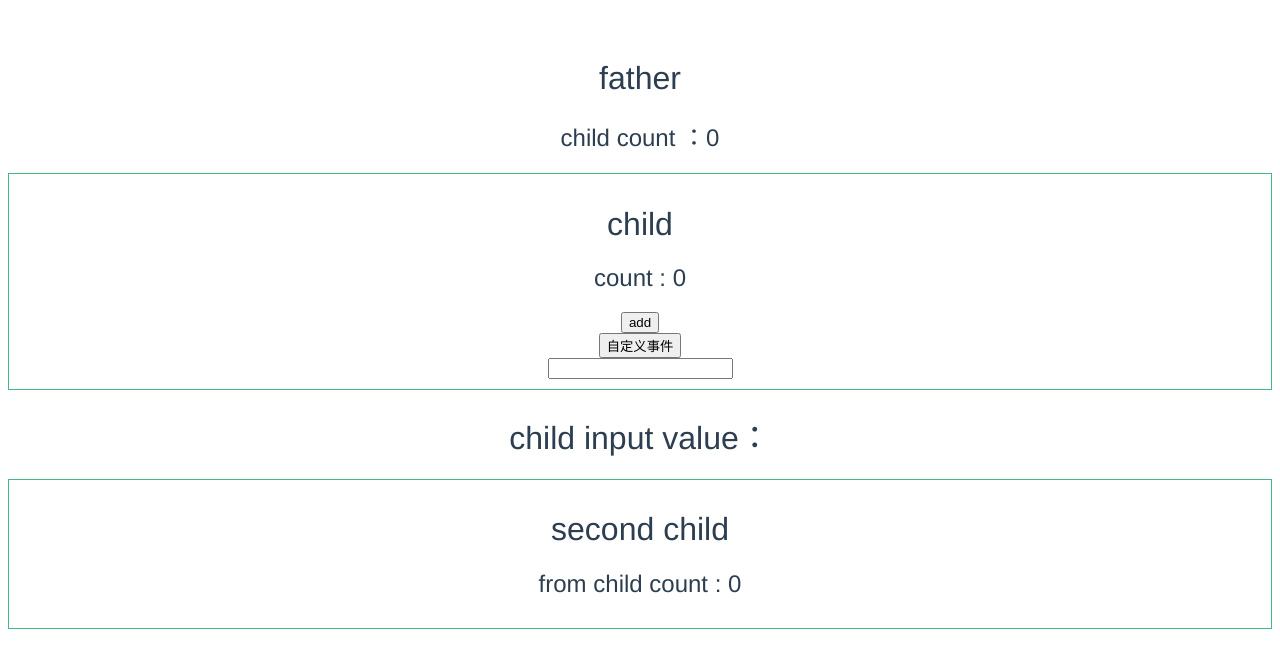
Repository: NotTooTwo/vueRouter
Page: /#/
An editor plug-in stored every save of this project. The page is shown before and after the next save, followed by the edit.
The browser window is 1280 px wide. The pictures show the whole page.
The project was rebuilt for these pictures with package versions that can differ from the ones it lists, and the page was loaded fresh each time.

Above is the page before, as saved 2018-03-13 14:30:07.

After the next save:
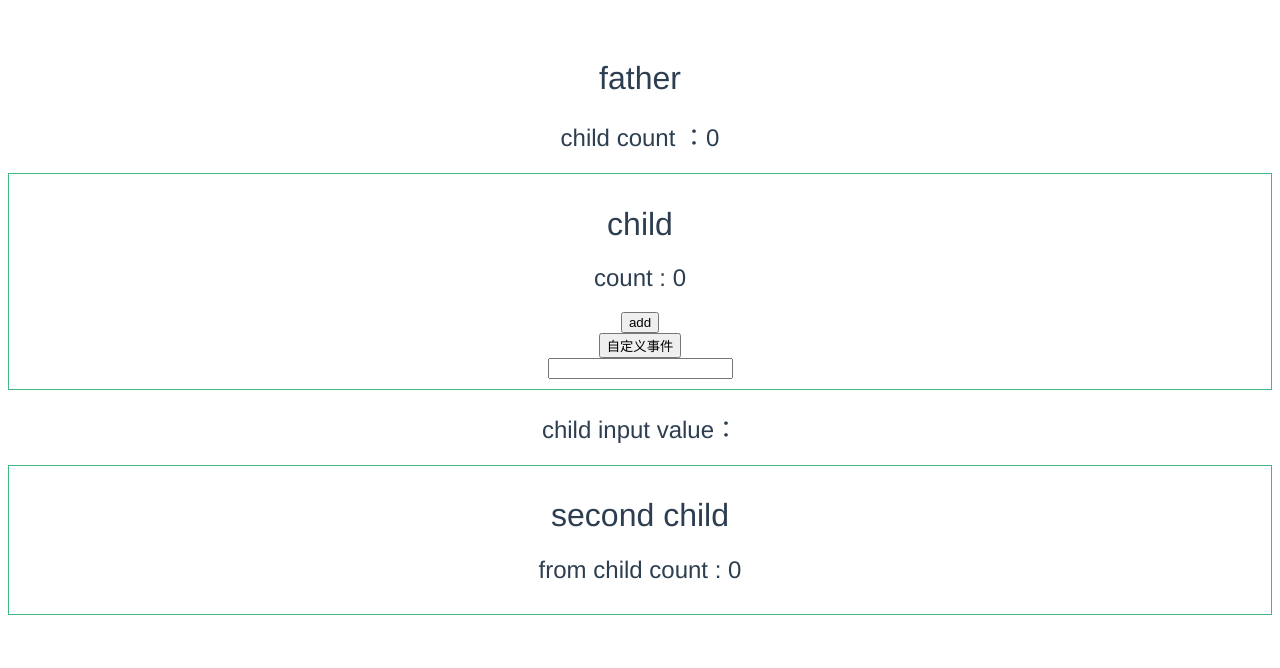
Saved 4 s later.
--- a/src/components/HelloWorld.vue
+++ b/src/components/HelloWorld.vue
@@ -4,7 +4,7 @@
     <h2>child count ：{{childNum}}</h2>
     <!-- 子组件给父组件传参：子组件内(add()函数)$emit触发父组件的预定义的触发函数 -->
     <Child :countNum=childNum v-on:childCount="countChildNum"></Child>
-    <h1>child input value：{{msg}}</h1>
+    <h2>child input value：{{msg}}</h2>
     <second-child :countNum=childNum></second-child>
   </div>
 </template>
